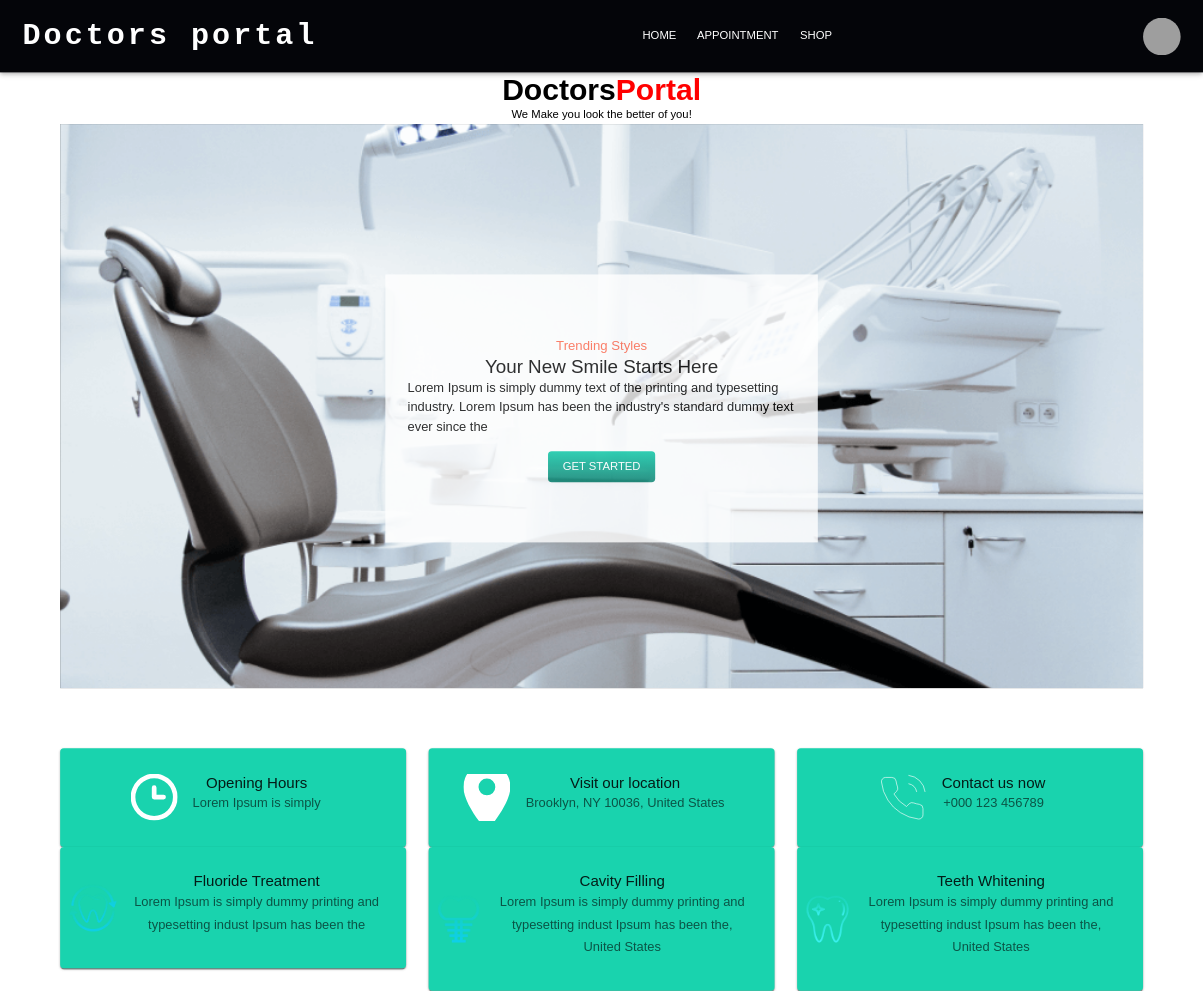
Repository: mdrubel02/health-care
Page: /
An editor plug-in stored every save of this project. The page is shown before and after the next save, followed by the edit.
The browser window is 1280 px wide. The pictures show the whole page, at 94% of full size.
Pictures or frames that could not be fetched are drawn as grey boxes. The project was rebuilt for these pictures with package versions that can differ from the ones it lists, and the page was loaded fresh each time. Also part of the build but not shown: src/Pages/Appointment/Appointment.js, src/Animation/index.js, src/Styles/Product/index.js, src/Pages/Shop/ProductMeta.js, src/Pages/Shop/SingleProduct.js, src/Pages/Shop/SingleProductDesktop.js, src/Pages/Shop/Shop.js.

Above is the page before, as saved 2022-11-20 12:40:36.

After the next save:
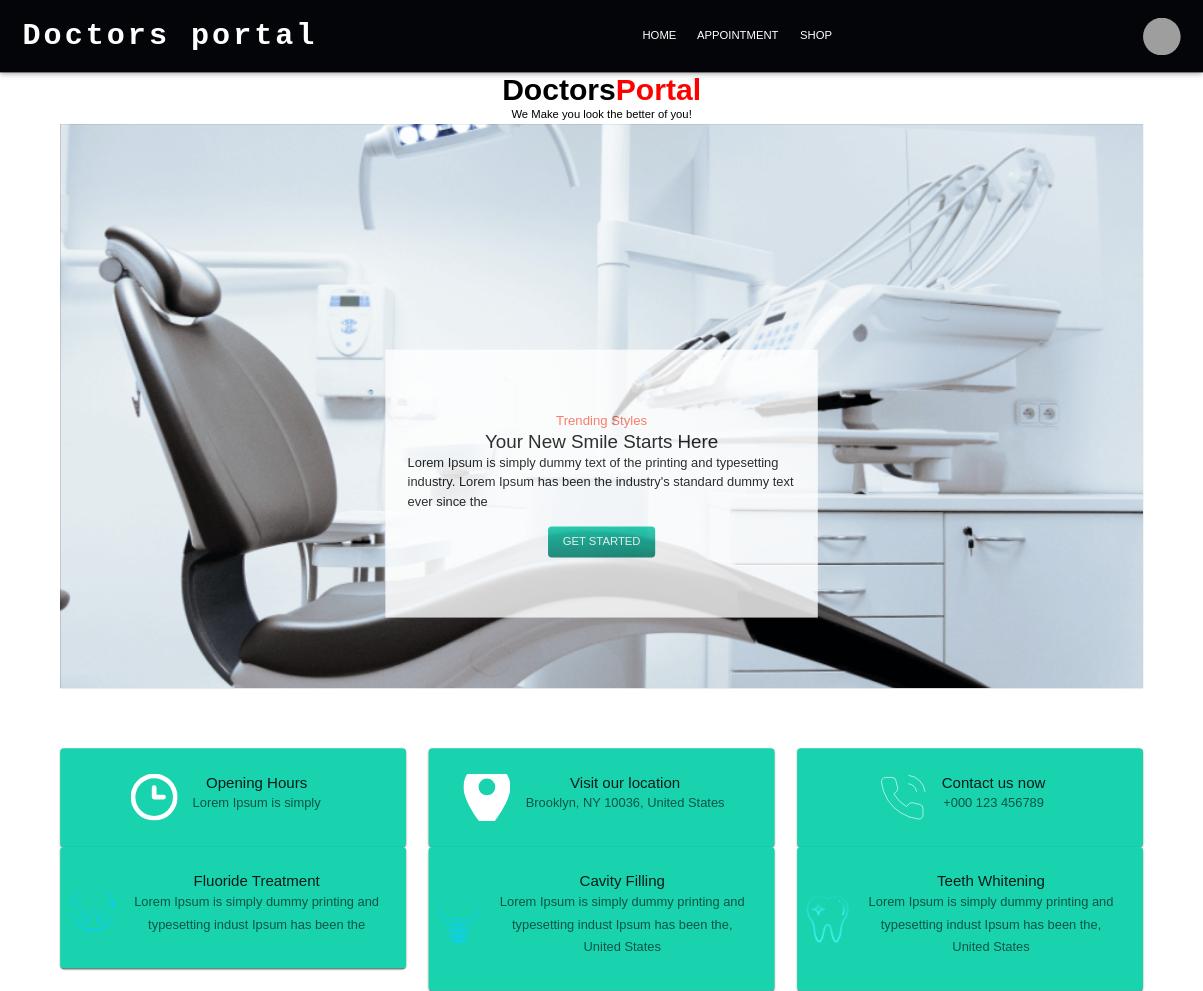
Saved 2 min 50 s later.
--- a/src/Pages/Home/Banner/Banner.js
+++ b/src/Pages/Home/Banner/Banner.js
@@ -29,6 +29,7 @@
                     sx={{
                         width: { xs: "100%", sm: "50%", md: "40%" },
                         padding: { xs: 3, sm: 2, md: 20, lg: 20 },
+                        marginTop: {md: 10}
                     }}
                 >
                     <Box sx={{ background: "white", opacity: "0.8", }}>

After the 2 saves that followed:
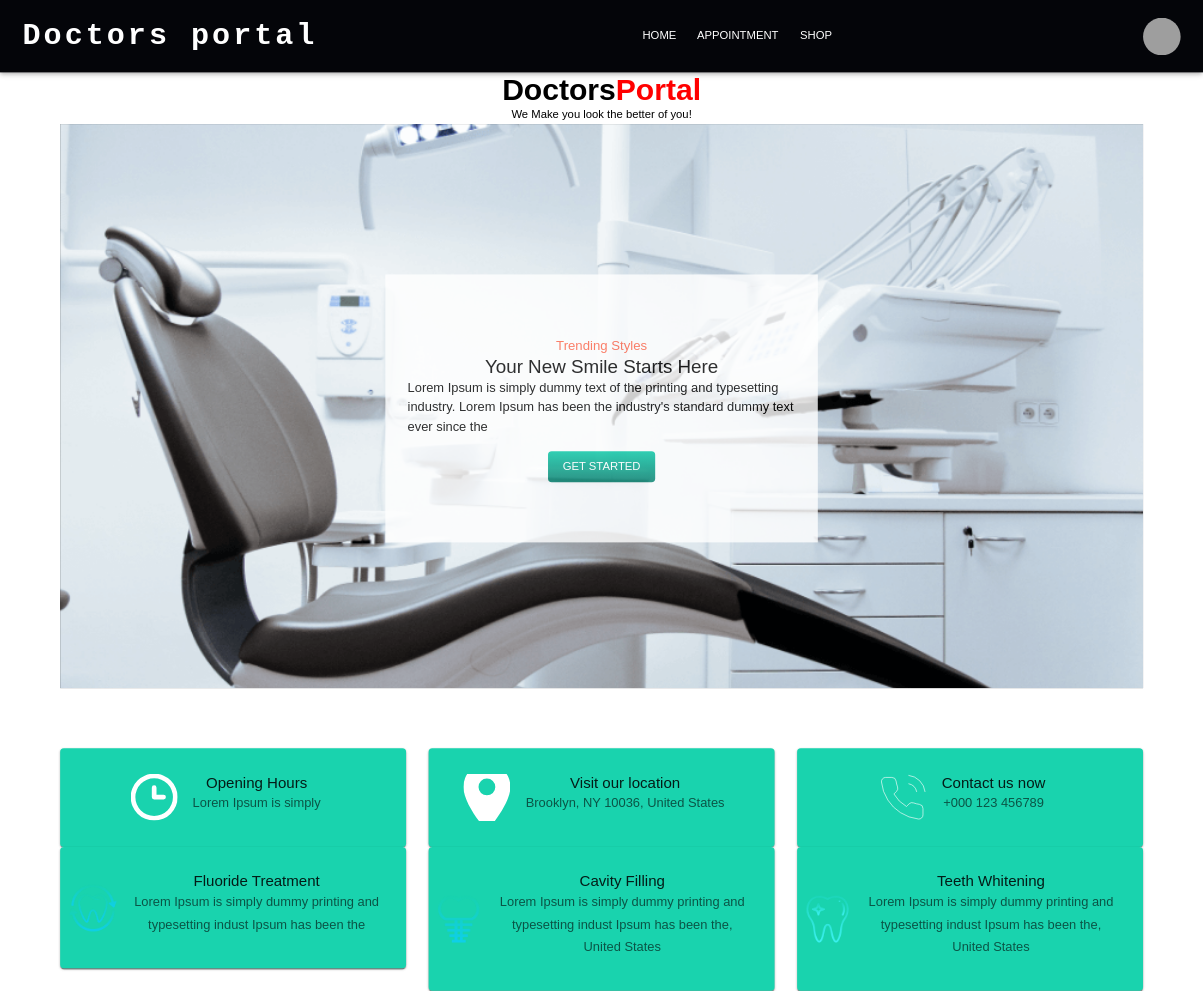
The 2 saves are shown as one change because 1 left the picture as it was.
The last was saved 85 s later.
--- a/src/Pages/Home/Banner/Banner.js
+++ b/src/Pages/Home/Banner/Banner.js
@@ -29,7 +29,7 @@
                     sx={{
                         width: { xs: "100%", sm: "50%", md: "40%" },
                         padding: { xs: 3, sm: 2, md: 20, lg: 20 },
-                        marginTop: {md: 10}
+
                     }}
                 >
                     <Box sx={{ background: "white", opacity: "0.8", }}>
